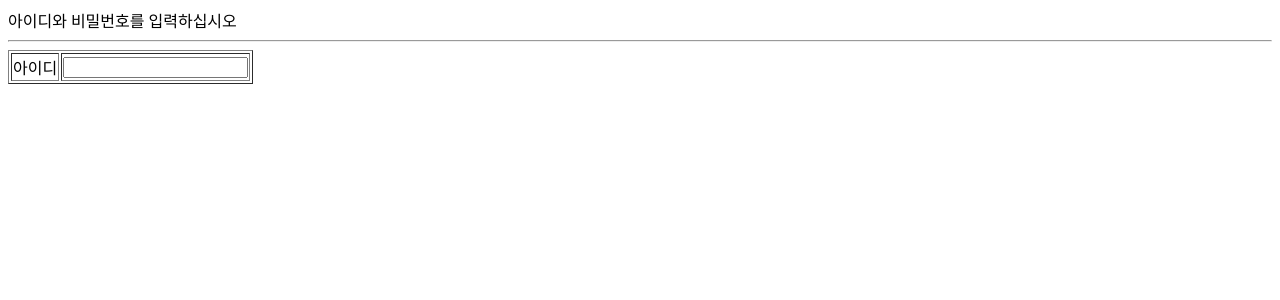
Repository: gatsby5959/weekendst
Page: http://localhost/Chap08/CookieSessionLogin.jsp
The author's editor kept a copy of each file at every save. The page is drawn from the files as they stood at one save, then again after the next save.
The browser window is 1280 px wide. The pictures show the whole page.
The page is served by Tomcat 9.

Above is the page before, as saved 2023-08-26 03:14:54.

### Chap08/src/main/webapp/CookieSessionLogin.jsp
<%@ page language="java" contentType="text/html; charset=UTF-8"
    pageEncoding="UTF-8"%>
<!DOCTYPE html>
<html>
<head>
<meta charset="UTF-8">
<title>쿠키를 이용한 세션 관리</title>
<%
	Cookie[] cookies = request.getCookies();
	String loginStatus = null;
	String rememberId =  null;
	String id = null;
	if(cookies != null && cookies.length > 0){
		for(int i = 0; i<cookies.length; i++){
			if (cookies[i].getName().equals("remeberid")&&cookies[i]
					.getValue().equals("keep")){
				rememberId = cookies[i].getValue();
			}
			if(cookies[i].getName().equals("id")){
				id=cookies[i].getValue();
			}
		}
	}
%>
</head>
<body>
	<form action = "CookieSessionSet.jsp" method="post">
	아이디와 비밀번호를 입력하십시오<hr/>
	<table border="1">
	<tr>
	<td align = "center">아이디</td>
	<td><input type="text" name="id" value="<%=(id==null ? "":id)
	%>"/></td>
	</tr>
	</table>
	</form>
</body>
</html>

After the next save:
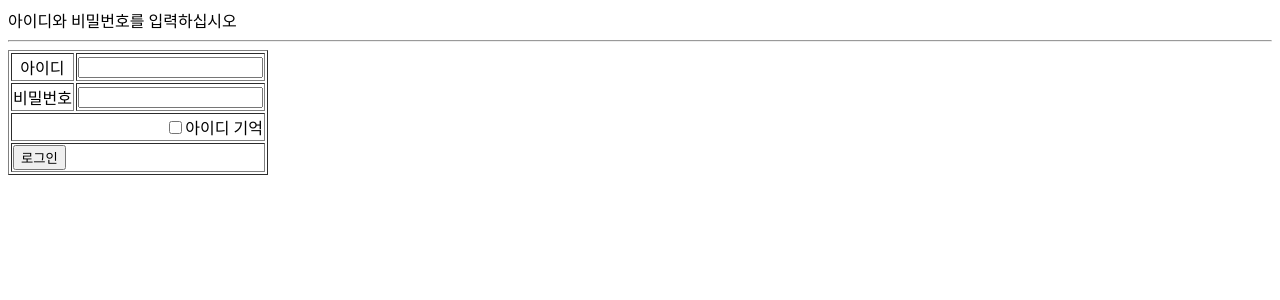
Saved 5 min 16 s later.
--- a/Chap08/src/main/webapp/CookieSessionLogin.jsp
+++ b/Chap08/src/main/webapp/CookieSessionLogin.jsp
@@ -32,6 +32,21 @@
 	<td><input type="text" name="id" value="<%=(id==null ? "":id)
 	%>"/></td>
 	</tr>
+	<tr>
+		<td align="center">비밀번호</td>
+		<td><input type="password" name="pw"/></td>
+	</tr>
+	<tr>
+		<td colspan="2" align="right">
+			<input type="checkbox" name="rememberID" value="keep" <%=(
+					rememberId==null?"":"checked=\"checked\"") %>/>아이디 기억
+		</td>
+	</tr>
+	<tr>
+		<td colspan="2" align="rigth">
+			<input type="submit" value="로그인"/>
+		</td>
+	</tr>
 	</table>
 	</form>
 </body>
